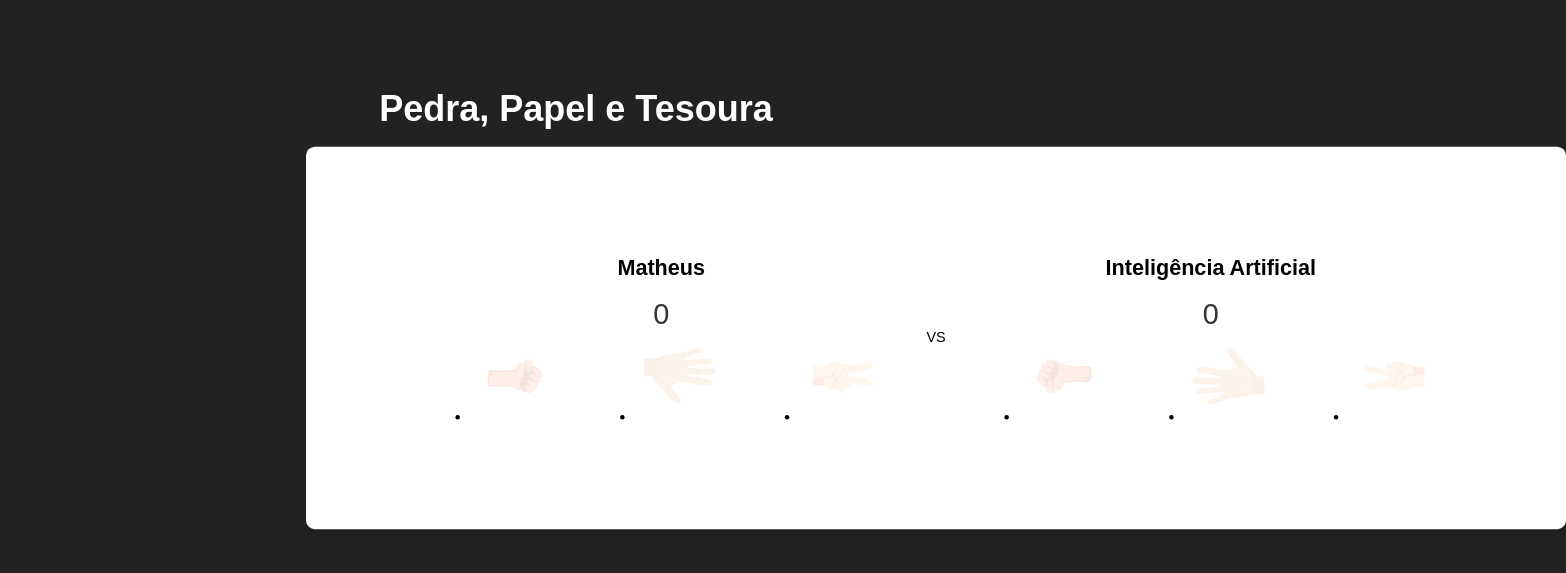
Repository: Matheus904-12/Pedra-Papel
Page: index.html
These files come from the project's save history. The page is drawn as it stood at one moment and after the next save; the edit follows.
The browser window is 1280 px wide. The page is 1740 px wide, so the pictures cover 1740 px, including what lies to the right of the window. The pictures show the whole page, at 90% of full size.

Above is the page before, as saved 2023-08-28 21:58:37.

### index.html
<!DOCTYPE html>
<html lang="en">
<head>
    <meta charset="UTF-8">
    <meta name="viewport" content="width=device-width, initial-scale=1.0">
    <title>Pedra, Papel e Tesoura</title>
    <link rel="stylesheet" href="style.css">
    <script src="script.js"></script>
</head>
<body>
    <center>
    <div class="box">
        <div class="container">
            <h1 id="titulo">Pedra, Papel e Tesoura</h1>
            <div class="placar" id="placar">
                <div class="jogador">
                    <h2 id="jogadorNome">Matheus</h2>
                    <p id="jogadorPontos">0</p>
                    <ul class="escolhas" id="jogadorEscolha">
                        <li>
                            <a id="jogadorEscolha1" class="escolha" onclick="jogar(1)">
                                <img src="img/1-removebg-preview.png" alt="">
                            </a>
                        </li>
                        <li>
                            <a id="jogadorEscolha2" class="escolha" onclick="jogar(2)">
                                <img src="img/2-removebg-preview.png" alt="">
                            </a>
                        </li>
                        <li>
                            <a id="jogadorEscolha3" class="escolha" onclick="jogar(3)">
                                <img src="img/3-removebg-preview.png" alt="">
                            </a>
                        </li>
                    </ul>
                </div>
                <div id="versus">VS</div>
                <div class="computador">
                    <h2 id="computadorNome">Inteligência Artificial</h2>
                    <p id="computadorPontos">0</p>
                    <ul class="escolhas" id="computadorEscolha">
                        <li>
                            <a id="computadorEscolha1" class="escolha">
                                <img src="img2/1.png" alt="">
                            </a>
                        </li>
                        <li>
                            <a id="computadorEscolha2" class="escolha">
                                <img src="img2/2.png" alt="">
                            </a>
                        </li>
                        <li>
                            <a id="computadorEscolha3" class="escolha">
                                <img src="img2/3.png" alt="">
                            </a>
                        </li>
                    </ul>
                </div>
            </div>
            <div class="mensagem"><p id="mensagem"class="result-message">&nbsp;</p>
    </div>
</center>
</body>
</html>

### style.css
ul#jogadorEscolha li a,
ul#computadorEscolha li a{
    opacity: 0.2;
    transition: ease-in-out 0.3s;
}
ul#jogadorEscolha li a:hover,
ul#jogadorEscolha li a.selecionado,
ul#computadorEscolha li a.selecionado {
    opacity: 1;
}

/* Estilos gerais */
body {
    font-family: 'Arial', sans-serif;
    background-color: #222;
    margin: 0;
    padding: 0;
    transition: background-color 0.5s ease;
    align-items: center;
}

/* Estilo do container principal */
.box {
    display: flex;
    align-items: center;
    justify-content: center;
    min-height: 100vh;
    transition: background-color 0.5s ease;
}

.container {
    width: 100%;
    max-width: 600px;
    text-align: center;
}

/* Estilo do título */
#titulo {
    font-size: 2.5rem;
    color: #fff;
    margin-bottom: 20px;
}

/* Estilo do placar */
.placar {
    display: flex;
    align-items: center;
    justify-content: space-between;
    padding: 100px;
    background-color: #fff;
    border-radius: 10px;
    box-shadow: 0 4px 6px rgba(0, 0, 0, 0.1);
    width: 100vw;
    margin: 0;
    max-width: 1200px;
}

.jogador,
.computador {
    width: 50%;
}

.jogador p,
.computador p {
    font-size: 2rem;
    color: #333;
    margin: 0;
}

.escolhas {
    display: flex;
    justify-content: space-around;
    margin-top: 0px;
}

.escolhas img {
    max-width: 100px;
    cursor: pointer;
    transition: transform 0.3s ease;
}

.escolhas img:hover {
    transform: scale(1.1);
}

/* Estilo do resultado/mensagem */
.result-message {
    font-size: 1.2rem;
    margin-top: 20px;
    color: #fff;
}

.result-message.vitoria {
    color: #4CAF50;
}

.result-message.derrota {
    color: #FF5733;
}

.result-message.empate {
    color: #FFC300;
}

/* Estilo do botão reiniciar */
.reiniciar-jogo {
    background-color: #3498db;
    border: none;
    color: white;
    padding: 10px 20px;
    text-align: center;
    text-decoration: none;
    display: inline-block;
    font-size: 16px;
    border-radius: 5px;
    cursor: pointer;
    transition: background-color 0.3s ease;
}

.reiniciar-jogo:hover {
    background-color: #2980b9;
}

/* Estilo do histórico */
.historico {
    text-align: center;
    margin-top: 20px;
}

.historico-toggle {
    background-color: #333;
    border: none;
    color: white;
    padding: 5px 10px;
    font-size: 14px;
    border-radius: 5px;
    cursor: pointer;
    transition: background-color 0.3s ease;
}

.historico-toggle:hover {
    background-color: #222;
}

.historico-list {
    list-style: none;
    padding: 0;
    display: none;
    text-align: left;
}

.historico-list li {
    font-size: 14px;
    margin-bottom: 5px;
    color: #fff;
}

### script.js
let jogadorEscolha = 0;
let jogadorPontos = 0;
let computadorEscolha = 0;
let computadorPontos = 0;
let ganhador = -1;
let historico = [];

function jogar(escolha){
    jogadorEscolha = escolha;
    computadorEscolha = Math.floor(Math.random() * 3) + 1;


/*PEDRA = 1
  PAPEL = 2
  TESOURA = 3
*/

if (jogadorEscolha == 1 && computadorEscolha == 1) {
    ganhador = 0;
    //*PEDRA = PEDRA*//
} else if (jogadorEscolha == 1 && computadorEscolha == 2) {
    ganhador = 2;
    //PEDRA E PAPEL = PAPEL//
} else if (jogadorEscolha == 1 && computadorEscolha == 3) {
    ganhador = 1;
    //PEDRA E TESOURA = PEDRA//
} else if (jogadorEscolha == 2 && computadorEscolha == 1) {
    ganhador = 1;
    //PAPEL E PEDRA = PEDRA
} else if (jogadorEscolha == 2 && computadorEscolha == 2) {
    ganhador =  0;
    //PAPEL E PAPEL = NADA
} else if (jogadorEscolha == 2 && computadorEscolha == 3) {
    ganhador = 2;
    //PAPEL E TESOURA = TESOURA
} else if (jogadorEscolha == 3 && computadorEscolha == 1) {
    ganhador = 2;
    //TESOURA E PEDRA = PEDRA
} else if (jogadorEscolha == 3 && computadorEscolha == 2) {
    ganhador = 1;
    //TESOURA E PAPEL = TESOURA
} else if (jogadorEscolha == 3 && computadorEscolha == 3) {
    ganhador = 0;
    //TESOURA E TESOURA = EMPATE
}


document.getElementById('jogadorEscolha1').classList.remove('selecionado');
document.getElementById('jogadorEscolha2').classList.remove('selecionado');
document.getElementById('jogadorEscolha3').classList.remove('selecionado');
document.getElementById('computadorEscolha1').classList.remove('selecionado');
document.getElementById('computadorEscolha2').classList.remove('selecionado');
document.getElementById('computadorEscolha3').classList.remove('selecionado');



document.getElementById('jogadorEscolha'+jogadorEscolha).classList.add('selecionado');
document.getElementById('computadorEscolha'+computadorEscolha).classList.add('selecionado');


/*
EMPATE = 0;
JOGADOR = 1;
COMPUTADOR = 2;
*/


// Atualizar placar
if (ganhador === 1) {
    jogadorPontos++;
} else if (ganhador === 2) {
    computadorPontos++;
}

document.getElementById('jogadorPontos').textContent = jogadorPontos;
document.getElementById('computadorPontos').textContent = computadorPontos;


// Mensagem do resultado
let mensagem = '';
if (ganhador === 1) {
    mensagem = 'Você venceu!';
} else if (ganhador === 2) {
    mensagem = 'Você perdeu!';
} else {
    mensagem = 'Empate!';
}

// Adicionar ao histórico
historico.push({
    jogador: jogadorEscolha,
    computador: computadorEscolha,
    resultado: ganhador
});

// Atualizar elementos na página
document.getElementById('jogadorPontos').textContent = jogadorPontos;
document.getElementById('computadorPontos').textContent = computadorPontos;
document.querySelector('.result-message').textContent = mensagem;
document.querySelector('.result-message').className = `result-message ${ganhadorClass}`;

// Exibir histórico
mostrarHistorico();

// Adicionar classe de estilo à mensagem
let mensagemElement = document.getElementById('mensagem');
mensagemElement.classList.remove('vitoria', 'derrota', 'empate');
if (ganhador === 1) {
    mensagemElement.classList.add('vitoria');
} else if (ganhador === 2) {
    mensagemElement.classList.add('derrota');
} else {
    mensagemElement.classList.add('empate');
}
}

function mostrarHistorico() {
let historicoList = document.getElementById('historico-list');
historicoList.innerHTML = '';

for (let i = 0; i < historico.length; i++) {
    let item = historico[i];
    let resultado = '';
    if (item.resultado === 1) {
        resultado = 'Vitória';
    } else if (item.resultado === 2) {
        resultado = 'Derrota';
    } else {
        resultado = 'Empate';
    }

    let listItem = document.createElement('li');
    listItem.textContent = `Jogador: ${item.jogador} | Computador: ${item.computador} | Resultado: ${resultado}`;
    historicoList.appendChild(listItem);
}


document.getElementById('historico-toggle').addEventListener('click', function() {
    const historicoList = document.querySelector('.historico-list');
    historicoList.style.display = historicoList.style.display === 'none' ? 'block' : 'none';
    this.textContent = historicoList.style.display === 'none' ? 'Ver Histórico' : 'Esconder Histórico';
});

// Mensagem do resultado
let mensagem = '';
if (ganhador === 1) {
    mensagem = 'Você venceu!';
} else if (ganhador === 2) {
    mensagem = 'Você perdeu!';
} else {
    mensagem = 'Empate!';
}

// Adicionar ao histórico
historico.push({
    jogador: jogadorEscolha,
    computador: computadorEscolha,
    resultado: ganhador
});


// Atualizar elementos na página
document.getElementById('jogadorPontos').textContent = jogadorPontos;
document.getElementById('computadorPontos').textContent = computadorPontos;
document.querySelector('.result-message').textContent = mensagem;
document.querySelector('.result-message').className = `result-message ${ganhadorClass}`;


 // Adicionar classe de estilo à mensagem
let mensagemElement = document.querySelector('.mensagem');
mensagemElement.classList.remove('vitoria', 'derrota', 'empate');
if (ganhador === 1) {
    mensagemElement.classList.add('vitoria');
} else if (ganhador === 2) {
    mensagemElement.classList.add('derrota');
} else {
    mensagemElement.classList.add('empate');
}

// Atualizar estilo da página com base no resultado
document.querySelector('.box').className = `box ${ganhadorClass}`;




// Atualizar cor de fundo com base no resultado
if (ganhador === 1) {
    document.body.style.backgroundColor = '#4CAF50'; // Verde
} else if (ganhador === 2) {
    document.body.style.backgroundColor = '#FF5733'; // Vermelho
} else {
    document.body.style.backgroundColor = '#FFC300'; // Amarelo
}


// Selecionar escolha do jogador
document.getElementById(`jogadorEscolha${jogadorEscolha}`).classList.add('selecionado');


// Atualizar escolhas do jogador
document.getElementById(`jogadorEscolha${jogadorEscolha}`).classList.add('selecionado');
document.getElementById(`computadorEscolha${computadorEscolha}`).classList.add('selecionado');

// Atualizar estilo da página com base no resultado
document.querySelector('.box').className = `box ${ganhadorClass}`;

// Função para reiniciar o jogo
function reiniciarJogo() {
    jogadorPontos = 0;
    computadorPontos = 0;
    historico = [];
    limparEscolhas();
    atualizarPlacar();
    limparMensagem();
    mostrarHistorico();
    resetarEstiloPagina();
}

// Limpar escolhas selecionadas
function limparEscolhas() {
    document.querySelectorAll('.escolha').forEach(element => {
        element.classList.remove('selecionado');
    });
}

// Atualizar placar
function atualizarPlacar() {
    document.getElementById('jogadorPontos').textContent = jogadorPontos;
    document.getElementById('computadorPontos').textContent = computadorPontos;
}

// Limpar mensagem do resultado
function limparMensagem() {
    document.querySelector('.result-message').textContent = '';
    document.querySelector('.mensagem').className = 'mensagem';
}

// Resetar estilo da página
function resetarEstiloPagina() {
    document.querySelector('.box').className = 'box';
}

// Botão de reiniciar o jogo
document.getElementById('reiniciar-jogo').addEventListener('click', function() {
    reiniciarJogo();
});


// Função para reiniciar o jogo
function reiniciarJogo() {
    jogadorPontos = 0;
    computadorPontos = 0;
    historico = [];
    limparEscolhas();
    atualizarPlacar();
    limparMensagem();
    mostrarHistorico();
    resetarEstiloPagina();
}

// Limpar escolhas selecionadas
function limparEscolhas() {
    document.querySelectorAll('.escolha').forEach(element => {
        element.classList.remove('selecionado');
    });
}

// Atualizar placar
function atualizarPlacar() {
    document.getElementById('jogadorPontos').textContent = jogadorPontos;
    document.getElementById('computadorPontos').textContent = computadorPontos;
}

// Limpar mensagem do resultado
function limparMensagem() {
    document.querySelector('.result-message').textContent = '';
    document.querySelector('.mensagem').className = 'mensagem';
}

// Resetar estilo da página
function resetarEstiloPagina() {
    document.querySelector('.box').className = 'box';
}

// Botão de reiniciar o jogo
document.getElementById('reiniciar-jogo').addEventListener('click', function() {
    reiniciarJogo();
});


}

After the next save:
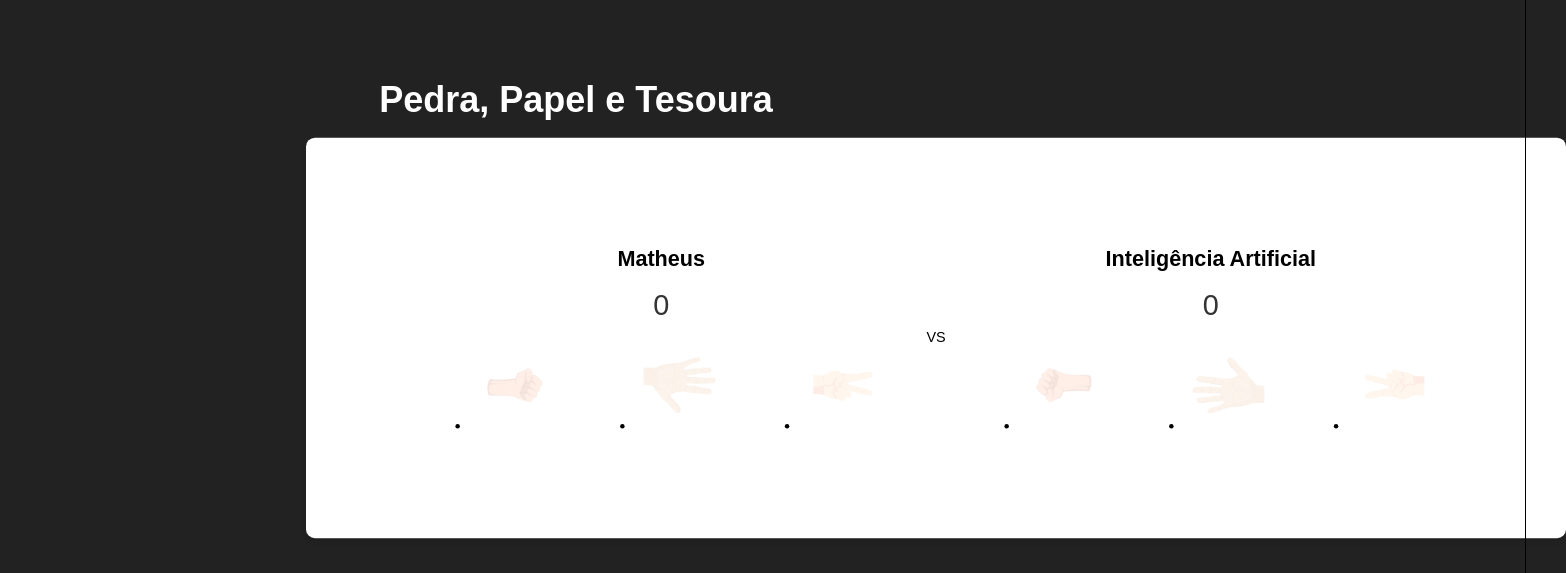
Saved 4 s later.
--- a/style.css
+++ b/style.css
@@ -70,7 +70,7 @@ body {
 .escolhas {
     display: flex;
     justify-content: space-around;
-    margin-top: 0px;
+    margin-top: 20px;
 }
 
 .escolhas img {
